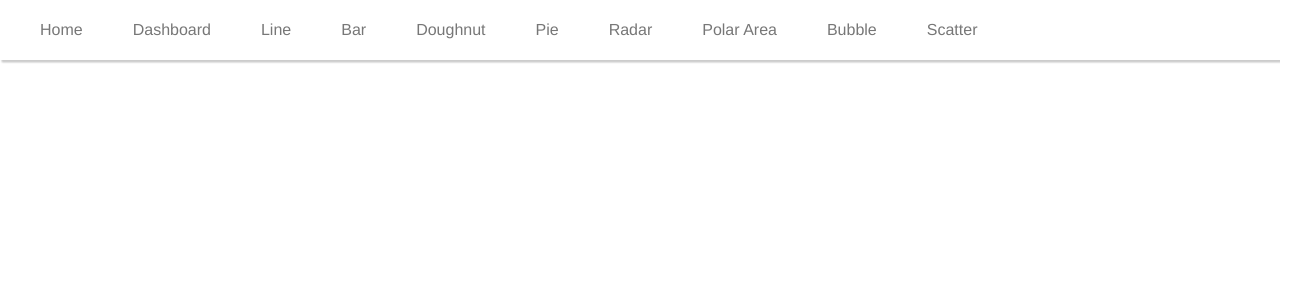
Repository: nashthecoder/vue_learn
Page: /about (app in client/)
An editor plug-in stored every save of this project. The page is shown before and after the next save, followed by the edit.
The browser window is 1280 px wide. The page is 1280 px wide, then 1313 px, then 1280 px, so the pictures cover 1313 px, including what lies to the right of the window. The pictures show the whole page.
The project was rebuilt for these pictures with package versions that can differ from the ones it lists, and the page was loaded fresh each time. Imported but missing from the stored project, and not drawn on this page: client/src/views/Home.vue.

Above is the page before, as saved 2020-12-24 22:51:34.

### client/public/index.html
<!DOCTYPE html>
<html lang="en">
  <head>
    <meta charset="utf-8">
    <meta http-equiv="X-UA-Compatible" content="IE=edge">
    <meta name="viewport" content="width=device-width,initial-scale=1.0">
    <link rel="icon" href="<%= BASE_URL %>favicon.ico">
    <title>Visualizations</title>
  </head>
  <body>
    <noscript>
      <strong>We're sorry but client doesn't work properly without JavaScript enabled. Please enable it to continue.</strong>
    </noscript>
    <div id="app"></div>
    <!-- built files will be auto injected -->
  </body>
</html>

### client/src/main.js
import Vue from "vue";
import App from "./App.vue";
import "bootstrap/dist/css/bootstrap.css";
import router from "./router";

Vue.config.productionTip = false;

new Vue({
  router,
  render: h => h(App)
}).$mount("#app");

### client/src/App.vue
<template>
  <div id="app">
    <ResponsiveNav
      :nav-links="navLinks"
      background="#fff"
      link-color="#777"
      hoverBackground="#ddd"
    />
    <router-view />
  </div>
</template>
<script>
import ResponsiveNav from "@/components/ResponsiveNav";
export default {
  components: {
    ResponsiveNav
  },
  data: () => ({
    navLinks: [
      {
        text: "Home",
        path: "/"
      },
      {
        text: "Dashboard",
        path: "/dashboard"
      },
      {
        text: "Line",
        path: "/line"
      },
      {
        text: "Bar",
        path: "/bar"
      },
      {
        text: "Doughnut",
        path: "/doughnut"
      },
      {
        text: "Pie",
        path: "/pie"
      },
      {
        text: "Radar",
        path: "/radar"
      },
      {
        text: "Polar Area",
        path: "/polar-area"
      },
      {
        text: "Bubble",
        path: "/bubble"
      },
      {
        text: "Scatter",
        path: "/scatter"
      }
    ]
  })
};
</script>
<style>
body {
  margin: 0;
}
#app {
  font-family: "Avenir", Helvetica, Arial, sans-serif;
  -webkit-font-smoothing: antialiased;
  -moz-osx-font-smoothing: grayscale;
  text-align: center;
  color: #2c3e50;
}
#nav {
  padding: 30px;
}

#nav a {
  font-weight: bold;
  color: #2c3e50;
}

#nav a.router-link-exact-active {
  color: #42b983;
}
</style>

### client/src/router.js
import Vue from "vue";
import VueRouter from "vue-router";
import Home from "./views/Home.vue";

Vue.use(VueRouter);

const routes = [
  {
    path: "/",
    name: "Home",
    component: Home
  },
  {
    path: "/dashboard",
    name: "Dashboard",
    component: () => import("./views/Dashboard.vue")
  },
  {
    path: "/line",
    name: "Line",
    component: () => import("./views/Line.vue")
  },
  {
    path: "/bar",
    name: "Bar",
    component: () => import("./views/Bar.vue")
  },
  {
    path: "/doughnut",
    name: "Doughnut",
    component: () => import("./views/Doughnut.vue")
  },
  {
    path: "/pie",
    name: "Pie",
    component: () => import("./views/Pie.vue")
  },
  {
    path: "/radar",
    name: "Radar",
    component: () => import("./views/Radar.vue")
  },
  {
    path: "/polar-area",
    name: "PolarArea",
    component: () => import("./views/PolarArea.vue")
  },
  {
    path: "/bubble",
    name: "Bubble",
    component: () => import("./views/Bubble.vue")
  },
  {
    path: "/scatter",
    name: "Scatter",
    component: () => import("./views/Scatter.vue")
  }
];
const router = new VueRouter({
  mode: "history",
  base: process.env.BASE_URL,
  routes
});

export default router;

### client/src/components/ResponsiveNav.vue
<template>
  <nav :style="{ background: background || '#333' }">
    <ul :style="{ background: background || '#333' }"ref="nav">
      <figure class="image-logo" @click="toggleNav">
      </figure>
      <li
        v-for="(link, index) in navLinks" :key="index"
        @mouseenter="$event.currentTarget.style.background = hoverBackground || '#999'"
		  	@mouseleave="$event.currentTarget.style.background = background || '#333'"
        >
        <router-link
					:to="link.path"
					:style="{ color: linkColor || '#DDD' }"
				>
					{{ link.text }}
					<i :class="link.icon" />
				</router-link>
      </li>
    </ul>
  </nav>
</template>
<script>
export default {
	props: ['navLinks', 'background', 'linkColor', 'hoverBackground', 'imagePath'],
	methods: {
		toggleNav () {
			const nav = this.$refs.nav.classList
			nav.contains('active') ? nav.remove('active') : nav.add('active')
		}
	}
}
</script>

<style scoped lang="scss">
nav {
	height: 60px;
	width: 100%;
	box-shadow: 2px 2px 2px #CCC;
	ul {
		display: flex;
		height: 100%;
		align-items: center;
		margin-block-start: 0;
		margin-block-end: 0;
		padding-inline-start: 0;
		box-shadow: 2px 2px 2px #CCC;
		figure {
			cursor: pointer;
			margin-right: 10px;
		}
		a {
			text-decoration: none;
			display: flex;
			flex-direction: row-reverse;
			align-items: center;
		}
		i {
			margin-right: 10px;
			font-size: 22px;
		}
		li {
			list-style-type: none;
			padding: 10px 20px;
		}
	}
}
@media screen and (max-width: 759px) {
  nav {
    ul {
      position: absolute;
      width: 300px;
      flex-direction: column;
      left: -240px;
      transition: 300ms ease all;
      top: 60px;
      &.active {
        left: 0px;
      }
      figure {
        position: fixed;
        z-index: 1;
        top: 10px;
        left: 2px;
      }
      li {
        width: 100%;
        padding-left: 0;
        padding-right: 0;
      }
      a {
        flex-direction: row;
        margin-left: 20px;
        justify-content: space-between;
        margin-right: 13px;
      }
    }
  }
}
</style>

After the next save:
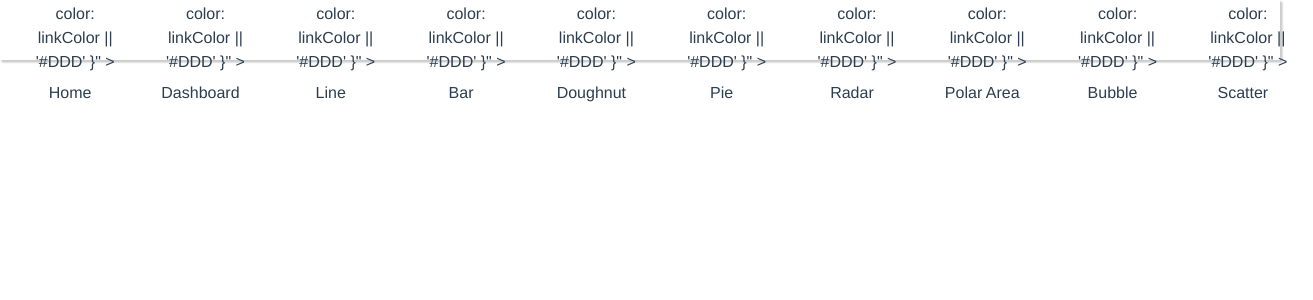
Saved 88 s later.
--- a/client/src/components/ResponsiveNav.vue
+++ b/client/src/components/ResponsiveNav.vue
@@ -1,20 +1,18 @@
 <template>
   <nav :style="{ background: background || '#333' }">
     <ul :style="{ background: background || '#333' }"ref="nav">
-      <figure class="image-logo" @click="toggleNav">
-      </figure>
+      <figure class="image-logo" @click="toggleNav"></figure>
       <li
         v-for="(link, index) in navLinks" :key="index"
         @mouseenter="$event.currentTarget.style.background = hoverBackground || '#999'"
-		  	@mouseleave="$event.currentTarget.style.background = background || '#333'"
-        >
-        <router-link
-					:to="link.path"
+        @mouseleave="$event.currentTarget.style.background = background || '#333'"
+      >
+        <router-link:to="link.path"
 					:style="{ color: linkColor || '#DDD' }"
 				>
 					{{ link.text }}
 					<i :class="link.icon" />
-				</router-link>
+				</router-link:to=>
       </li>
     </ul>
   </nav>

After the save that followed:
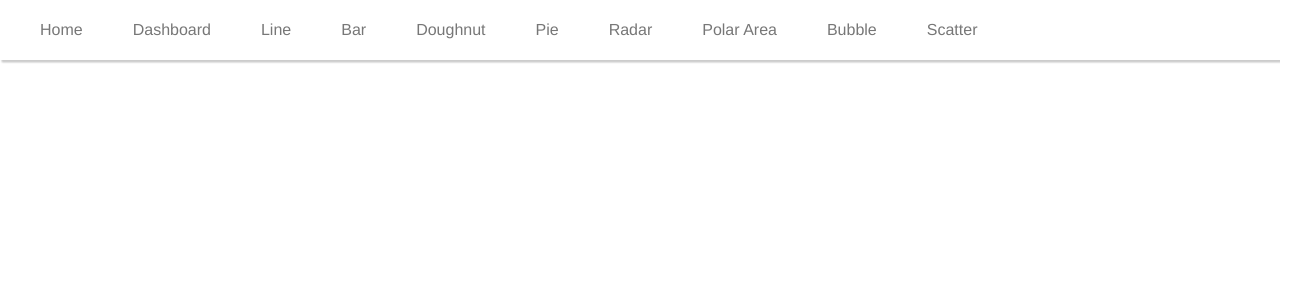
Saved 32 s later.
--- a/client/src/components/ResponsiveNav.vue
+++ b/client/src/components/ResponsiveNav.vue
@@ -7,12 +7,13 @@
         @mouseenter="$event.currentTarget.style.background = hoverBackground || '#999'"
         @mouseleave="$event.currentTarget.style.background = background || '#333'"
       >
-        <router-link:to="link.path"
+        <router-link
+          :to="link.path"
 					:style="{ color: linkColor || '#DDD' }"
 				>
 					{{ link.text }}
 					<i :class="link.icon" />
-				</router-link:to=>
+				</router-link>
       </li>
     </ul>
   </nav>
